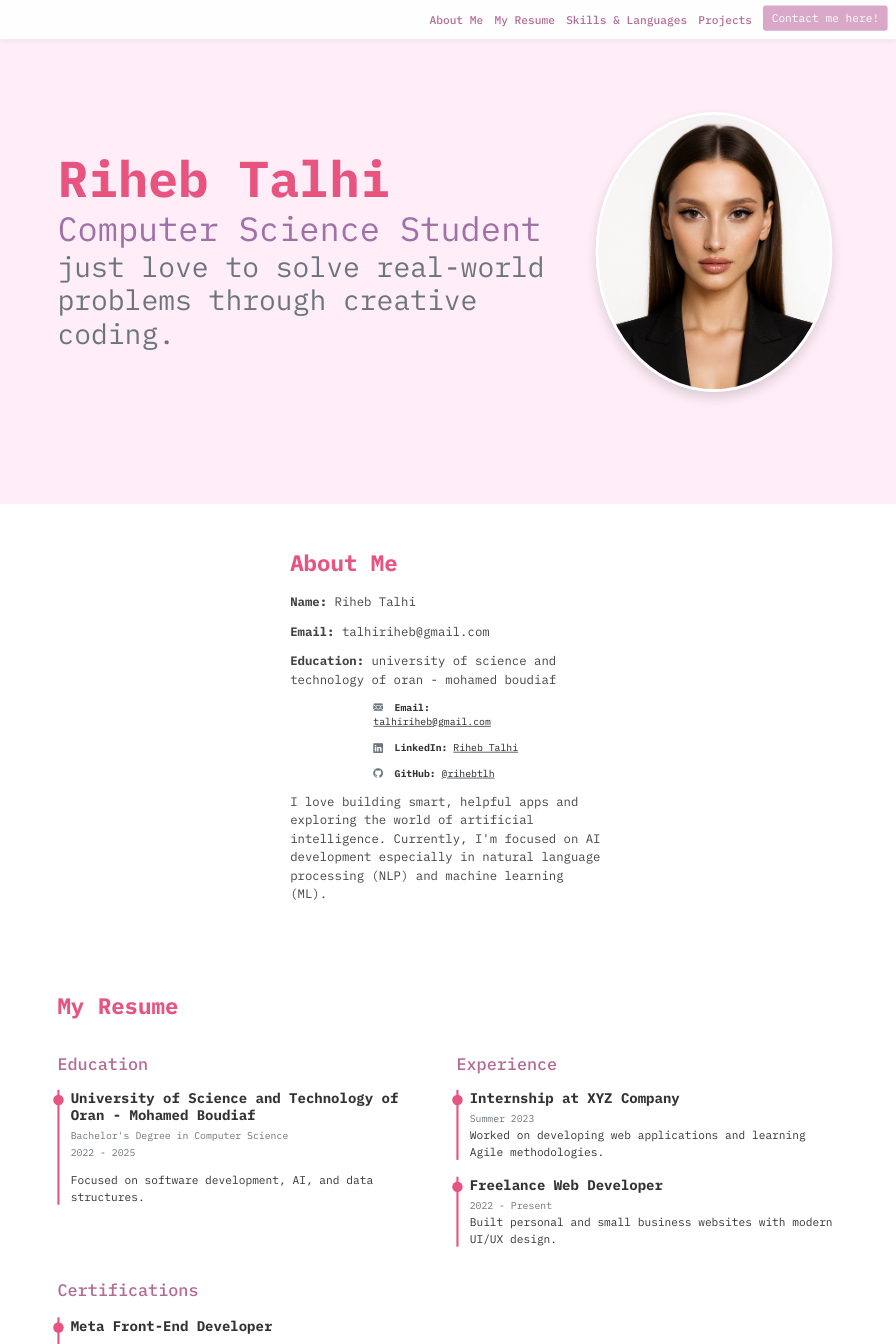
Repository: rihebtlh/portfolio
Page: new.html
The author's editor kept a copy of each file at every save. The page is drawn from the files as they stood at one save, then again after the next save.
The browser window is 1280 px wide. The pictures show the part of the page from y = 0 to 1920 px (the page is 4283 px tall), at 70% of full size.

Above is the page before, as saved 2025-07-02 17:07:37.

After the next save:
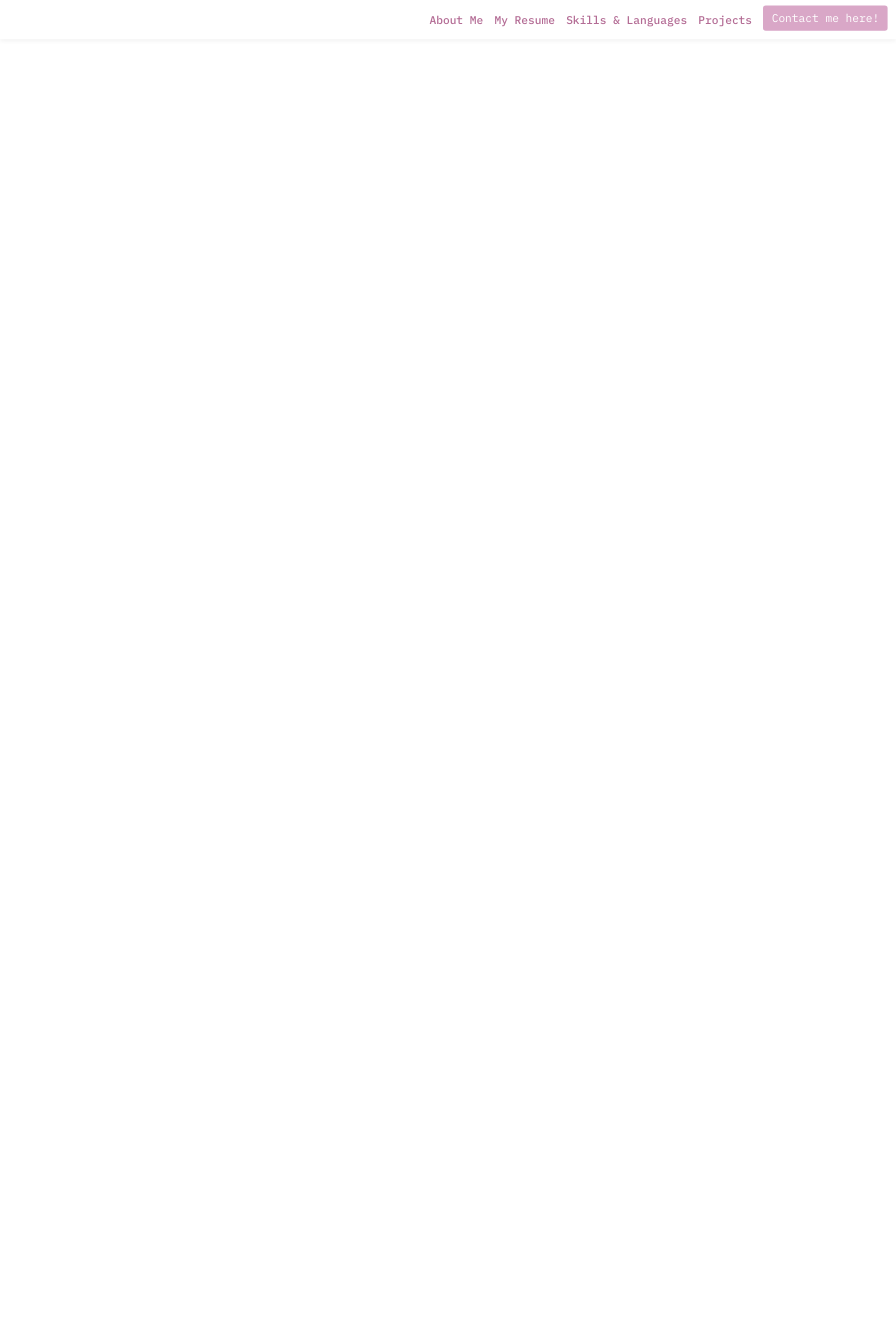
Console error: SyntaxError: Identifier 'tooltips' has already been declared
Saved 5 min 0 s later.
--- a/new.html
+++ b/new.html
@@ -380,15 +380,21 @@
       new bootstrap.Tooltip(t);
     });
     // Scroll fade-up reveal
-    const fadeElems = document.querySelectorAll('.fade-up');
-    window.addEventListener('scroll', () => {
-      fadeElems.forEach(el => {
-        const rect = el.getBoundingClientRect();
-        if (rect.top < window.innerHeight - 100) {
-          el.classList.add('show');
-        }
-      });
+    const tooltips = document.querySelectorAll('.tt');
+  tooltips.forEach(t => new bootstrap.Tooltip(t));
+
+  // Fade-up on scroll
+  const fadeElems = document.querySelectorAll('.fade-up');
+  const showOnScroll = () => {
+    fadeElems.forEach(el => {
+      const rect = el.getBoundingClientRect();
+      if (rect.top < window.innerHeight - 100) {
+        el.classList.add('show');
+      }
     });
+  };
+  window.addEventListener('scroll', showOnScroll);
+  window.addEventListener('load', showOnScroll);
   </script>
 
 

After the save that followed:
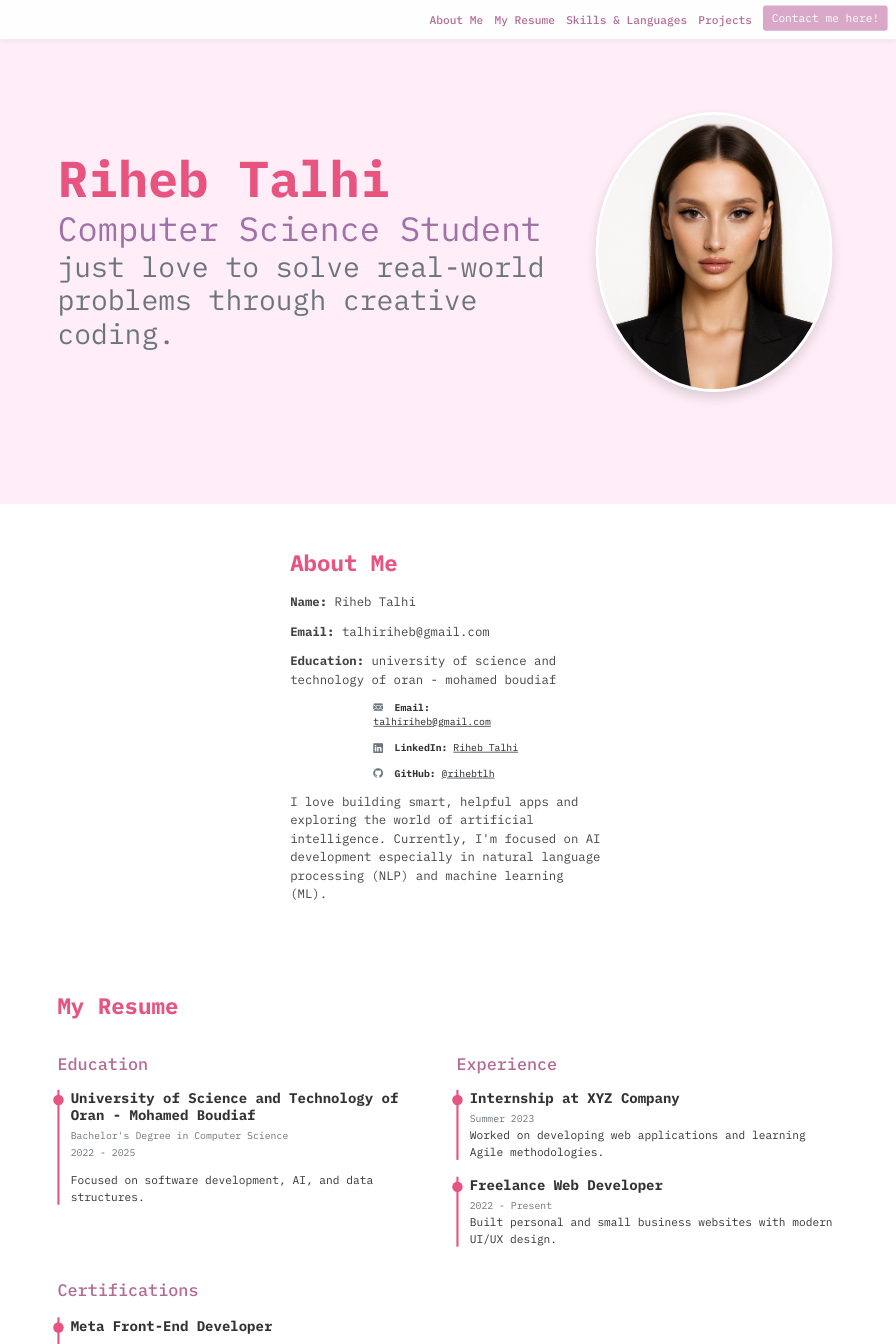
The error is gone.
Saved 11 s later.
--- a/new.html
+++ b/new.html
@@ -379,9 +379,6 @@
     tooltips.forEach(t => {
       new bootstrap.Tooltip(t);
     });
-    // Scroll fade-up reveal
-    const tooltips = document.querySelectorAll('.tt');
-  tooltips.forEach(t => new bootstrap.Tooltip(t));
 
   // Fade-up on scroll
   const fadeElems = document.querySelectorAll('.fade-up');
